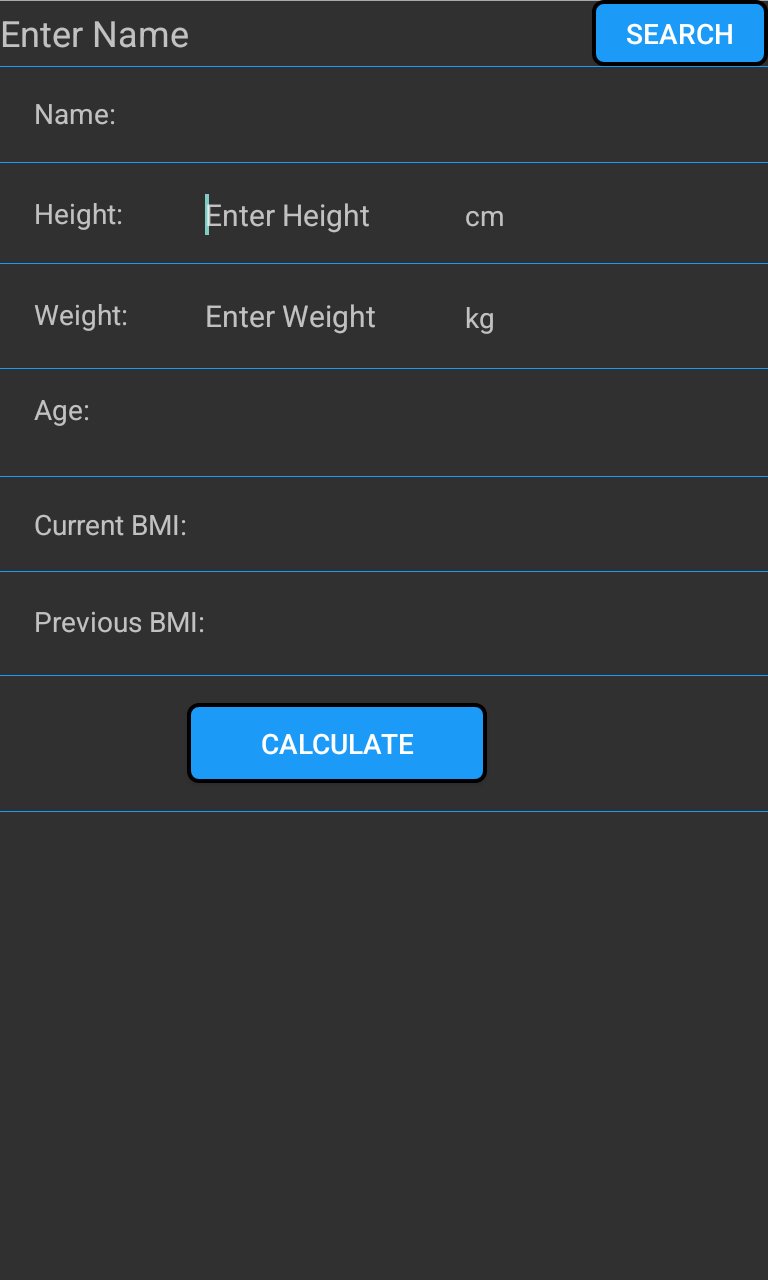
Repository: Team-7/prototype.6
Layout: workspace/Hope World Wide/res/layout/bmi.xml
The author's editor kept a copy of each file at every save. The layout is drawn from the files as they stood at one save, then again after the next save.
It is drawn on a 768 x 1280 px phone screen (xhdpi) without system bars, with theme AppTheme; the app's code is not run.

Above is the layout before, as saved 2014-05-31 12:14:36.

After the next save:
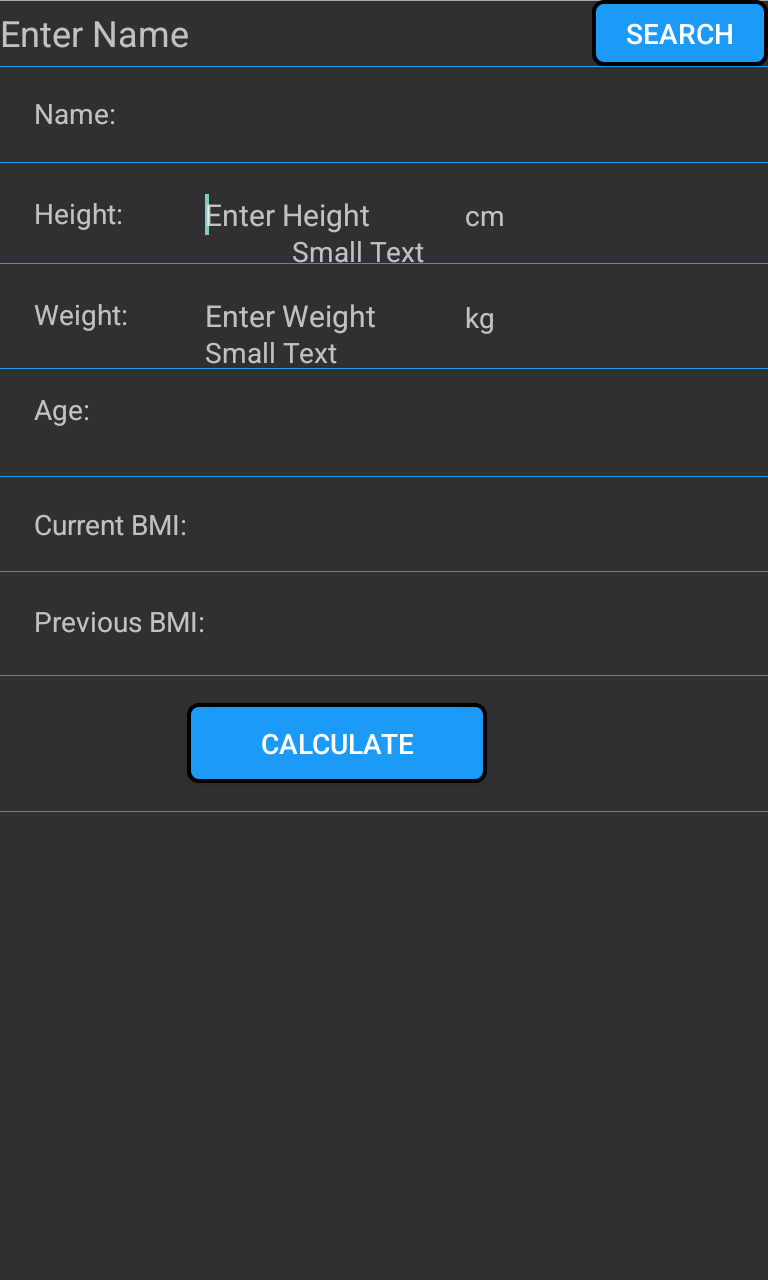
Saved 48 s later.
--- a/workspace/Hope World Wide/res/layout/bmi.xml
+++ b/workspace/Hope World Wide/res/layout/bmi.xml
@@ -291,4 +291,22 @@
         <requestFocus />
     </EditText>
 
+    <TextView
+        android:id="@+id/textView11"
+        android:layout_width="wrap_content"
+        android:layout_height="wrap_content"
+        android:layout_below="@+id/weight"
+        android:layout_toRightOf="@+id/bmi"
+        android:text="Small Text"
+        android:textAppearance="?android:attr/textAppearanceSmall" />
+
+    <TextView
+        android:id="@+id/textView12"
+        android:layout_width="wrap_content"
+        android:layout_height="wrap_content"
+        android:layout_alignLeft="@+id/textView6"
+        android:layout_below="@+id/textView1"
+        android:text="Small Text"
+        android:textAppearance="?android:attr/textAppearanceSmall" />
+
 </RelativeLayout>

After the save that followed:
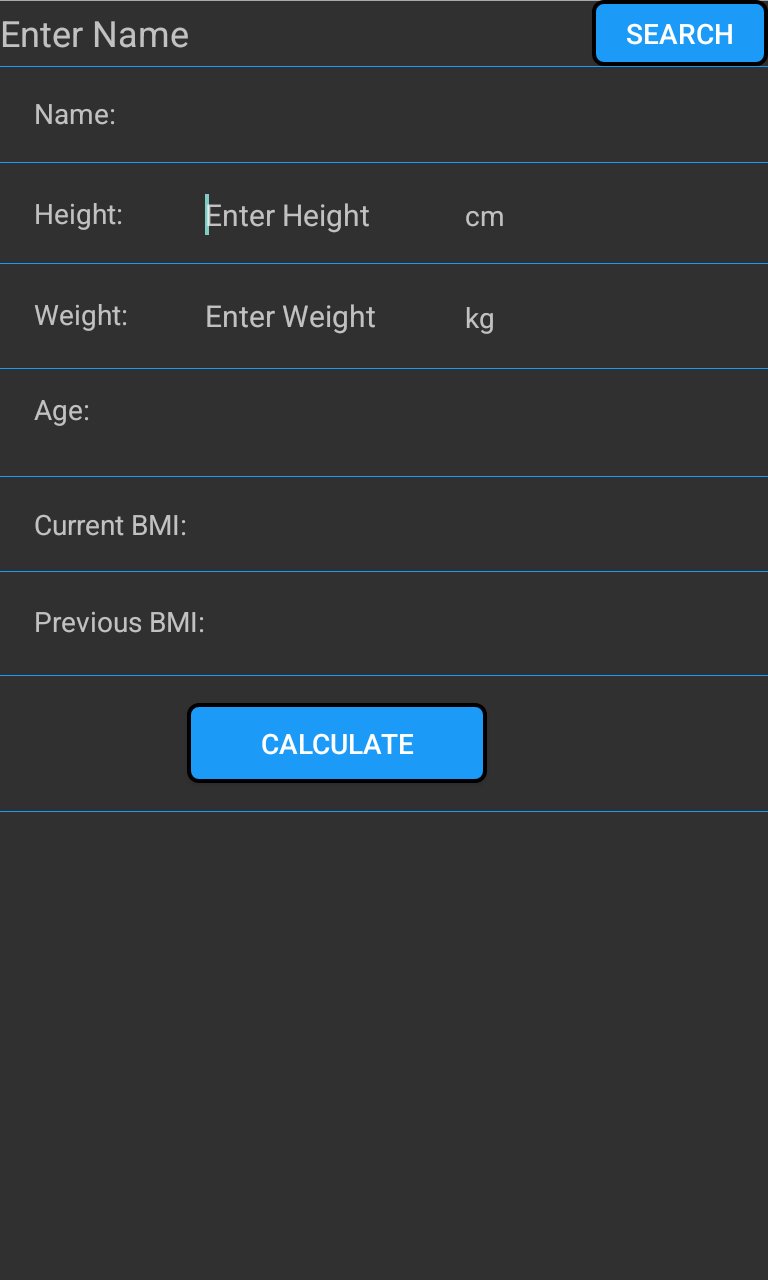
Saved 21 s later.
--- a/workspace/Hope World Wide/res/layout/bmi.xml
+++ b/workspace/Hope World Wide/res/layout/bmi.xml
@@ -297,7 +297,6 @@
         android:layout_height="wrap_content"
         android:layout_below="@+id/weight"
         android:layout_toRightOf="@+id/bmi"
-        android:text="Small Text"
         android:textAppearance="?android:attr/textAppearanceSmall" />
 
     <TextView
@@ -306,7 +305,6 @@
         android:layout_height="wrap_content"
         android:layout_alignLeft="@+id/textView6"
         android:layout_below="@+id/textView1"
-        android:text="Small Text"
         android:textAppearance="?android:attr/textAppearanceSmall" />
 
 </RelativeLayout>
